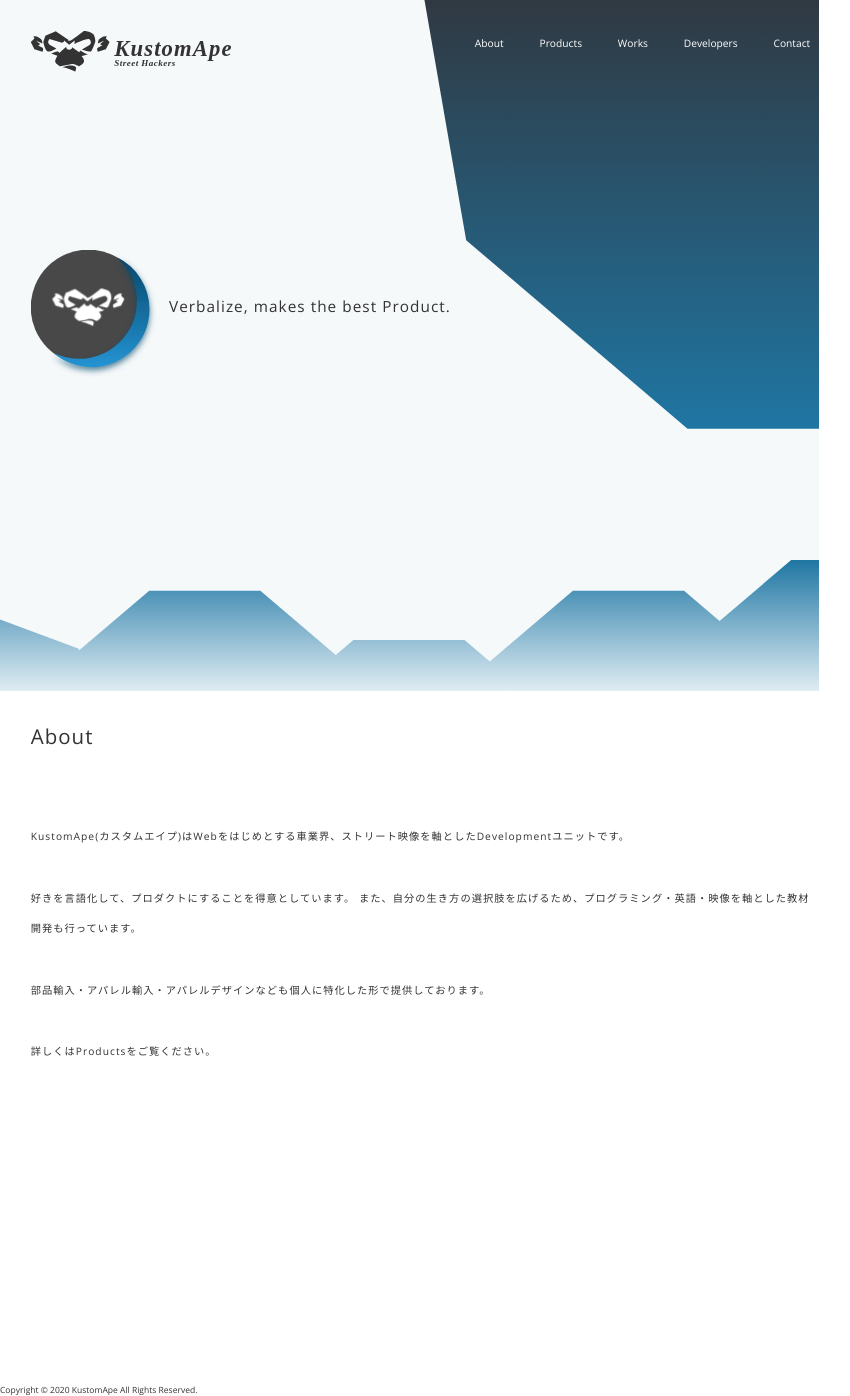
Repository: AirDepot/web
Page: index.html
These files come from the project's save history. The page is drawn as it stood at one moment and after the next save; the edit follows.
The browser window is 1280 px wide. The page is 1328 px wide, so the pictures cover 1328 px, including what lies to the right of the window. The pictures show the whole page, at 64% of full size.

Above is the page before, as saved 2020-02-11 23:20:39.

After the next save:
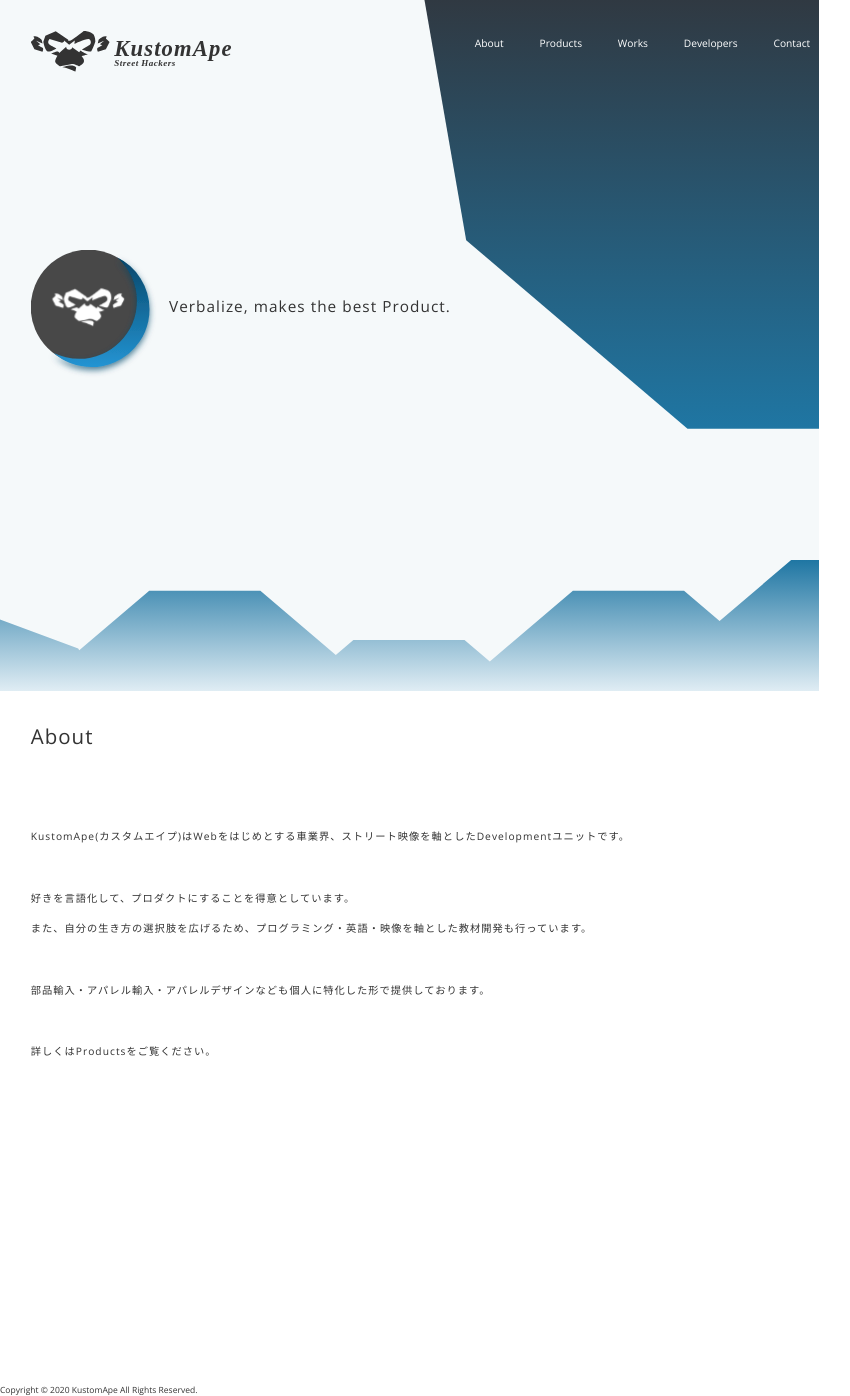
Saved 6 s later.
--- a/index.html
+++ b/index.html
@@ -30,7 +30,7 @@
             <div id="about">
                 <h3>About</h3>
                 <p id="about_kustomape">KustomApe(カスタムエイプ)はWebをはじめとする車業界、ストリート映像を軸としたDevelopmentユニットです。<br /><br/>
-                好きを言語化して、プロダクトにすることを得意としています。
+                好きを言語化して、プロダクトにすることを得意としています。<br />
                 また、自分の生き方の選択肢を広げるため、プログラミング・英語・映像を軸とした教材開発も行っています。<br /><br/>
                 部品輸入・アパレル輸入・アパレルデザインなども個人に特化した形で提供しております。<br /><br/>
                 詳しくはProductsをご覧ください。</p>
